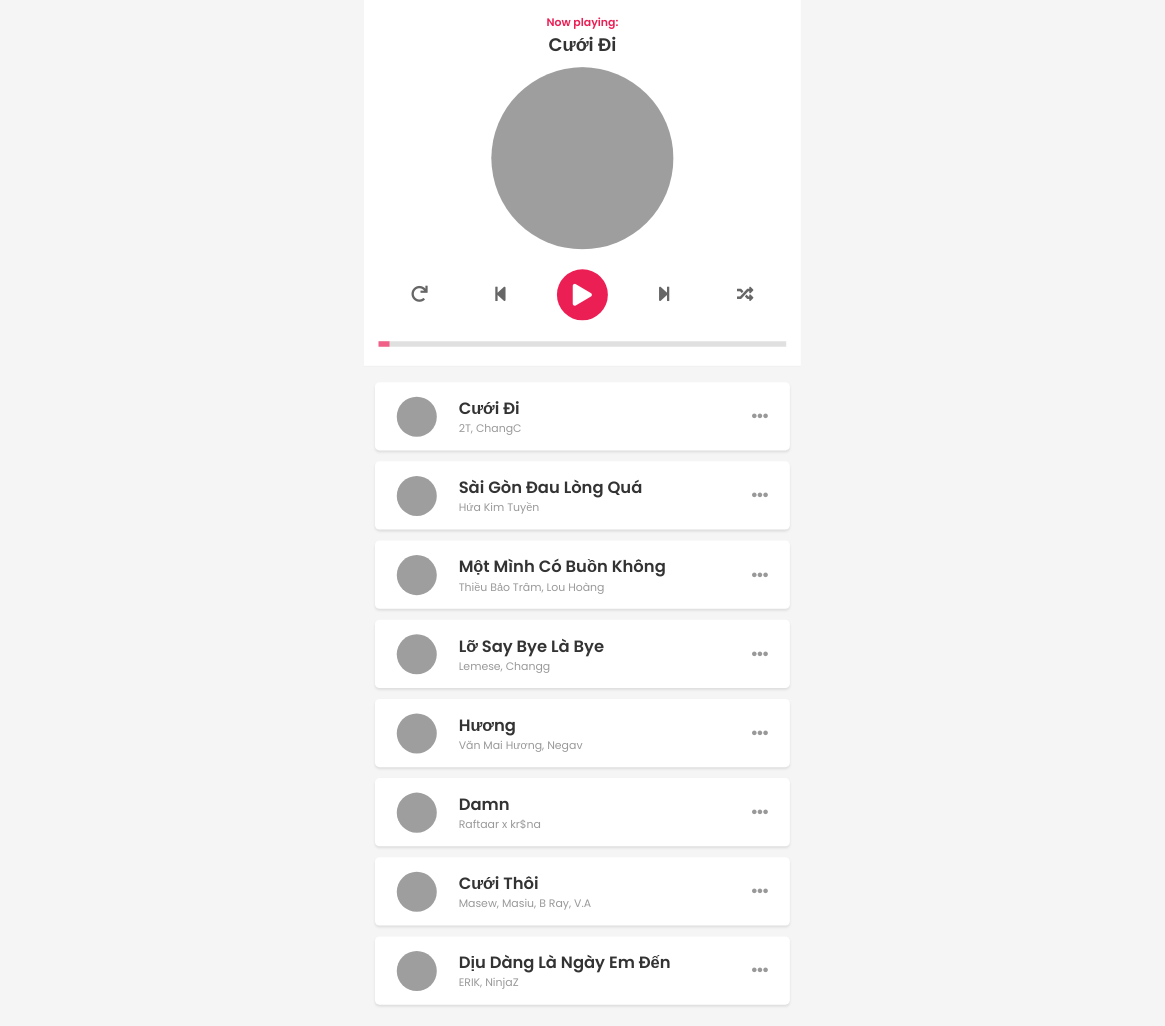
Repository: esplen74/Music
Page: music.html
These files come from the project's save history. The page is drawn as it stood at one moment and after a run of saves; the edit follows.
The browser window is 1280 px wide. The pictures show the whole page, at 91% of full size.
Pictures or frames that could not be fetched are drawn as grey boxes.

Above is the page before, as saved 2021-11-02 10:30:05.

After the next 2 saves:
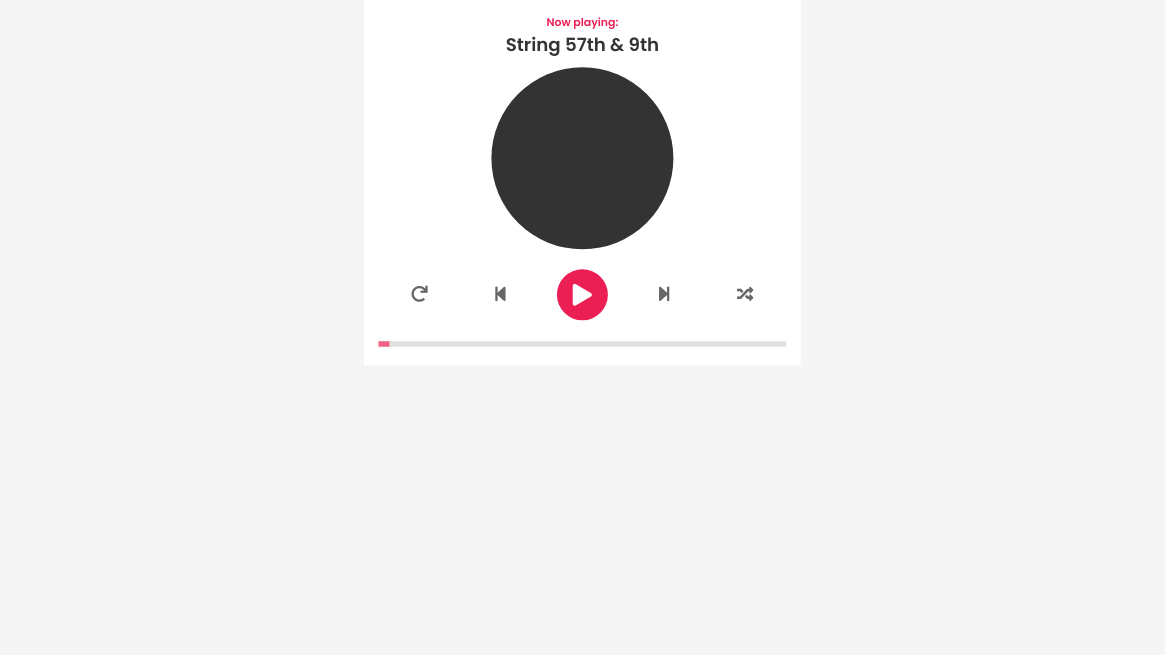
Console error: SyntaxError: Unexpected identifier 'Đi'
The 2 saves are shown as one change because they came seconds apart.
The last was saved 9 s later.
--- a/music.js
+++ b/music.js
@@ -117,7 +117,7 @@
     const cdThumb = $(".cd-thumb");
     const audio = $("#audio");
     console.log(this.currentSong.name);
-    heading.textContent = this.currentSong.name;
+    heading.textContent = Cưới Đi;
     cdThumb.style.backgroundImage = `url(${this.currentSong.image})`;
 
   },

After the save that followed:
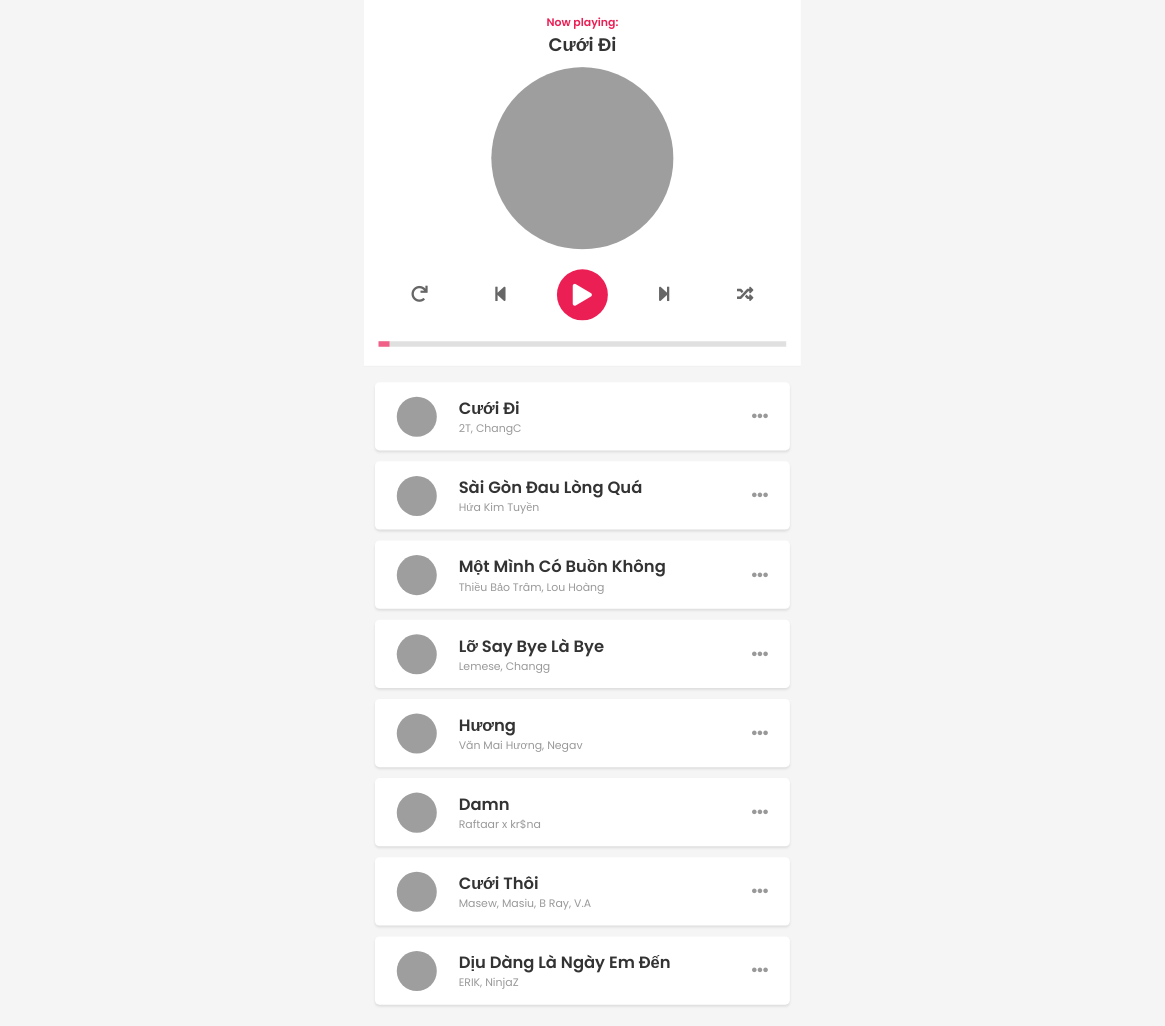
The error is gone.
Saved 7 s later.
--- a/music.js
+++ b/music.js
@@ -117,7 +117,7 @@
     const cdThumb = $(".cd-thumb");
     const audio = $("#audio");
     console.log(this.currentSong.name);
-    heading.textContent = Cưới Đi;
+    heading.textContent = this.currentSong.name;
     cdThumb.style.backgroundImage = `url(${this.currentSong.image})`;
 
   },
